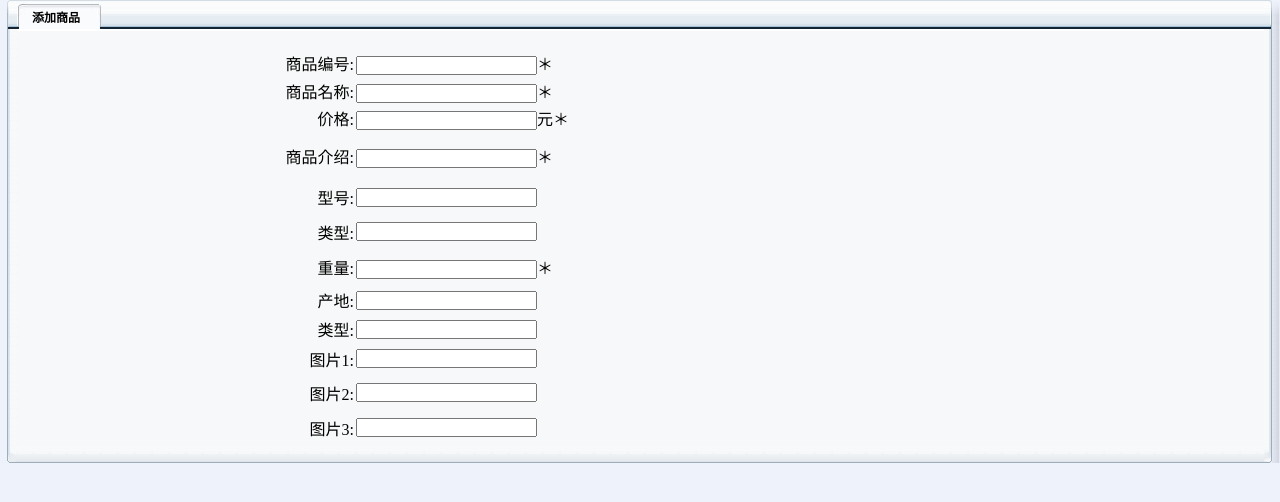
Repository: wzhcxw/shop
Page: ShopOnline/WebContent/admin/addsku.html
The author's editor kept a copy of each file at every save. The page is drawn from the files as they stood at one save, then again after the next save.
The browser window is 1280 px wide. The pictures show the whole page.

Above is the page before, as saved 2014-09-26 00:11:31.

After the next save:
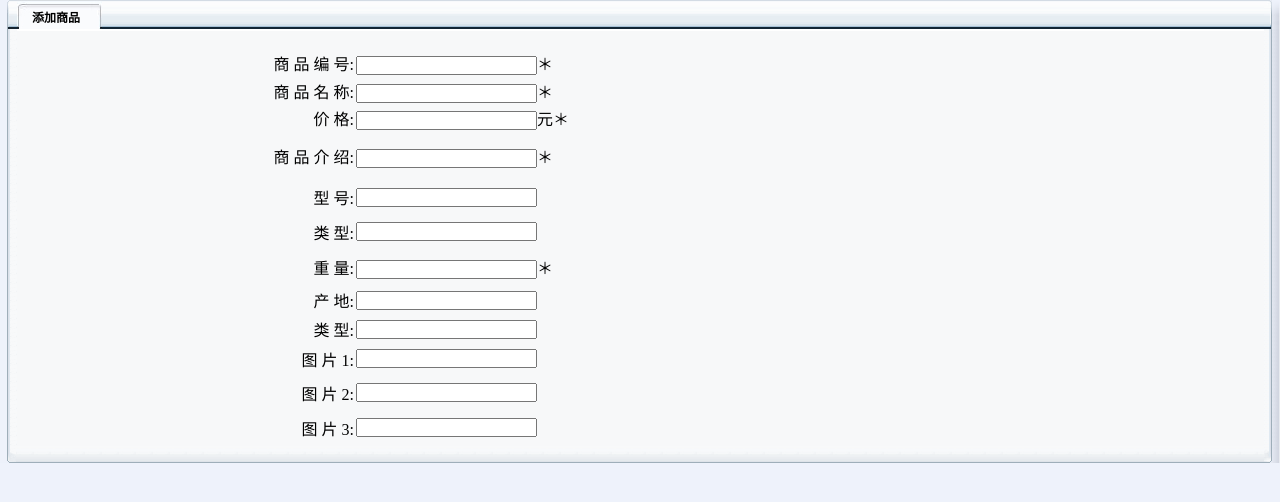
Saved 4 min 46 s later.
--- a/ShopOnline/WebContent/admin/addsku.html
+++ b/ShopOnline/WebContent/admin/addsku.html
@@ -52,51 +52,51 @@ tr{}
  	<br>
 	<table width="1000">
         <tr >
-        	<td  class="tal" width="333" height="22">商品编号:</td>
+        	<td  class="tal" width="333" height="22">商 品 编 号:</td>
            <td width="655"><input width="100"></input>＊</td>
         </tr>
                 <tr>
-        	<td class="tal"  height="27">商品名称:</td>
+        	<td class="tal"  height="27">商 品 名 称:</td>
            <td><input width="200"></input>＊</td>
         </tr>
                 <tr>
-        	<td class="tal"  >价格:</td>
+        	<td class="tal"  >价 格:</td>
            <td><input width="50">元＊</input></td>
         </tr>
                 <tr>
-        	<td height="48" class="tal"  >商品介绍:</td>
+        	<td height="48" class="tal"  >商 品 介 绍:</td>
            <td><input width="350" height="100">＊</input></td>
         </tr>
                 <tr>
-        	<td height="30" class="tal"  >型号:</td>
+        	<td height="30" class="tal"  >型 号:</td>
            <td><input width="50"></input></td>
         </tr>
                 <tr>
-        	<td height="35" class="tal"  >类型:</td>
+        	<td height="35" class="tal"  >类 型:</td>
            <td><input width="50"></input></td>
         </tr>
                         <tr>
-        	<td height="32" class="tal"  >重量:</td>
+        	<td height="32" class="tal"  >重 量:</td>
            <td><input width="50">＊</input></td>
         </tr>
                         <tr>
-        	<td height="30" class="tal"  >产地:</td>
+        	<td height="30" class="tal"  >产 地:</td>
            <td><input width="50"></input></td>
         </tr>
                         <tr>
-        	<td class="tal"  >类型:</td>
+        	<td class="tal"  >类 型:</td>
            <td><input width="50"></input></td>
         </tr>
          <tr>
-        	<td height="31" class="tal"  >图片1:</td>
+        	<td height="31" class="tal"  >图 片 1:</td>
            <td><input width="350"></input></td>
         </tr>
                             <tr>
-        	<td height="33" class="tal"  >图片2:</td>
+        	<td height="33" class="tal"  >图 片 2:</td>
            <td><input width="350"></input></td>
         </tr>
                                 <tr>
-        	<td height="33" class="tal"  >图片3:</td>
+        	<td height="33" class="tal"  >图 片 3:</td>
            <td><input width="350"></input></td>
         </tr>
     </table>
